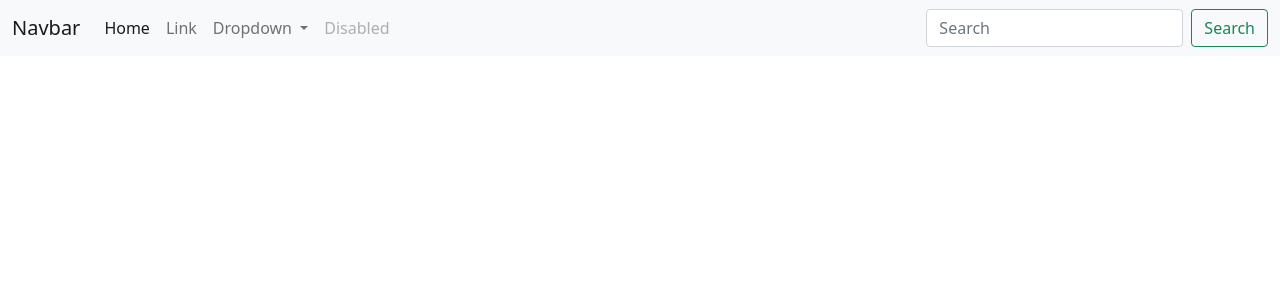
Repository: LauLupu/Progetto
Page: http://localhost/home
The author's editor kept a copy of each file at every save. The page is drawn from the files as they stood at one save, then again after the next save.
The browser window is 1280 px wide. The pictures show the whole page.
The page is served by the project's Laravel application, run on PHP 8.4 with Laravel 8. Other server files are loaded and not shown.

Above is the page before, as saved 2021-08-24 09:53:18.

### routes/web.php
<?php

use App\Http\Controllers\inventoryController;
use Illuminate\Support\Facades\Route;

/*
|--------------------------------------------------------------------------
| Web Routes
|--------------------------------------------------------------------------
|
| Here is where you can register web routes for your application. These
| routes are loaded by the RouteServiceProvider within a group which
| contains the "web" middleware group. Now create something great!
|
*/

Route::get('/', function () {
    return view('Welcome');
});

Route::get('/home', function () {
    return view('home');
});

Route::get('/navbar', function () {
    return view('navbar');
});

Route::get('/dashboard', function () {
    return view('dashboard');
})->middleware(['auth'])->name('dashboard');

require __DIR__.'/auth.php';

### resources/views/home.blade.php
<!DOCTYPE html>
<html lang="en">
<head>
    <meta charset="UTF-8">
    <meta http-equiv="X-UA-Compatible" content="IE=edge">
    <meta name="viewport" content="width=device-width, initial-scale=1.0">
    <link href="https://cdn.jsdelivr.net/npm/bootstrap@5.1.0/dist/css/bootstrap.min.css" rel="stylesheet" integrity="sha384-KyZXEAg3QhqLMpG8r+8fhAXLRk2vvoC2f3B09zVXn8CA5QIVfZOJ3BCsw2P0p/We" crossorigin="anonymous">
<script src="https://cdn.jsdelivr.net/npm/bootstrap@5.1.0/dist/js/bootstrap.bundle.min.js" integrity="sha384-U1DAWAznBHeqEIlVSCgzq+c9gqGAJn5c/t99JyeKa9xxaYpSvHU5awsuZVVFIhvj" crossorigin="anonymous"></script>
    <title>Home</title>
</head>
<body>
<nav class="navbar navbar-expand-lg navbar-light bg-light">
  <div class="container-fluid">
    <a class="navbar-brand" href="#">Navbar</a>
    <button class="navbar-toggler" type="button" data-bs-toggle="collapse" data-bs-target="#navbarSupportedContent" aria-controls="navbarSupportedContent" aria-expanded="false" aria-label="Toggle navigation">
      <span class="navbar-toggler-icon"></span>
    </button>
    <div class="collapse navbar-collapse" id="navbarSupportedContent">
      <ul class="navbar-nav me-auto mb-2 mb-lg-0">
        <li class="nav-item">
          <a class="nav-link active" aria-current="page" href="#">Home</a>
        </li>
        <li class="nav-item">
          <a class="nav-link" href="#">Link</a>
        </li>
        <li class="nav-item dropdown">
          <a class="nav-link dropdown-toggle" href="#" id="navbarDropdown" role="button" data-bs-toggle="dropdown" aria-expanded="false">
            Dropdown
          </a>
          <ul class="dropdown-menu" aria-labelledby="navbarDropdown">
            <li><a class="dropdown-item" href="#">Action</a></li>
            <li><a class="dropdown-item" href="#">Another action</a></li>
            <li><hr class="dropdown-divider"></li>
            <li><a class="dropdown-item" href="#">Something else here</a></li>
          </ul>
        </li>
        <li class="nav-item">
          <a class="nav-link disabled" href="#" tabindex="-1" aria-disabled="true">Disabled</a>
        </li>
      </ul>
      <form class="d-flex">
        <input class="form-control me-2" type="search" placeholder="Search" aria-label="Search">
        <button class="btn btn-outline-success" type="submit">Search</button>
      </form>
    </div>
  </div>
</nav>
</body>
</html>

Loaded but not shown: routes/auth.php (common file)

After the next save:
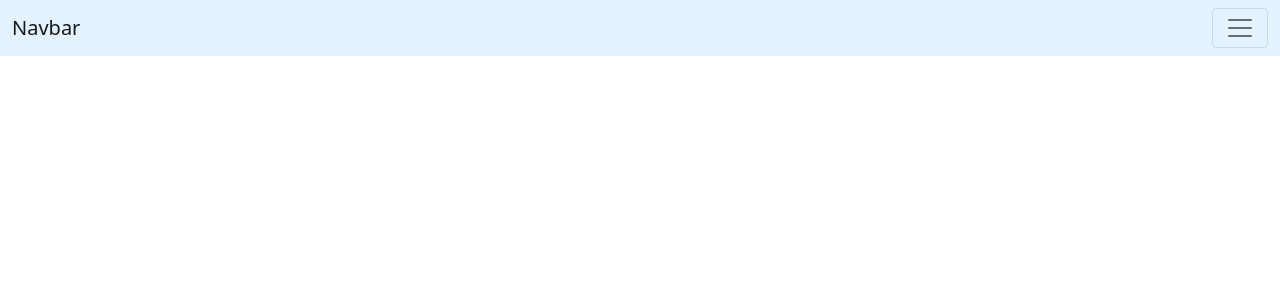
Saved 75 s later.
--- a/resources/views/home.blade.php
+++ b/resources/views/home.blade.php
@@ -9,7 +9,7 @@
     <title>Home</title>
 </head>
 <body>
-<nav class="navbar navbar-expand-lg navbar-light bg-light">
+<nav class="navbar navbar-light" style="background-color: #e3f2fd;">
   <div class="container-fluid">
     <a class="navbar-brand" href="#">Navbar</a>
     <button class="navbar-toggler" type="button" data-bs-toggle="collapse" data-bs-target="#navbarSupportedContent" aria-controls="navbarSupportedContent" aria-expanded="false" aria-label="Toggle navigation">
